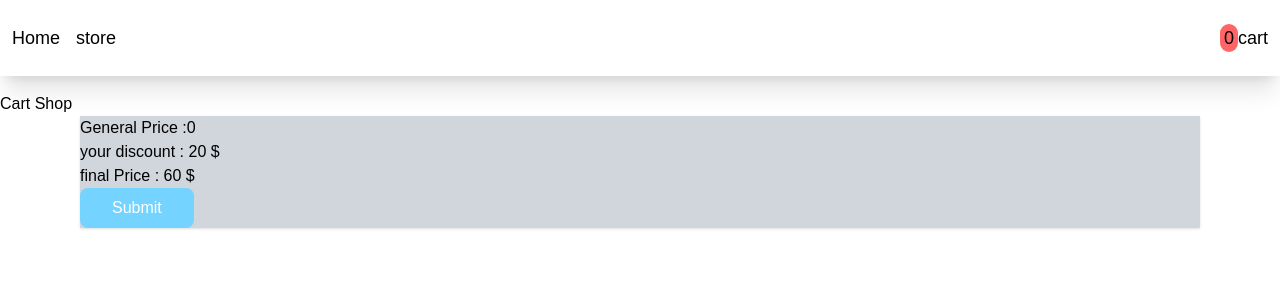
Repository: Rohullah-Noori/Nextjs-online-shop
Page: /cart
An editor plug-in stored every save of this project. The page is shown before and after the next save, followed by the edit.
The browser window is 1280 px wide. The pictures show the whole page.
The project was rebuilt for these pictures with package versions that can differ from the ones it lists, and the page was loaded fresh each time. The framework's server and built-in components were replaced by stand-ins that run in the browser. Requests to the local data server were answered from the project's data file. Also part of the build but not shown: next.config.ts, src/app/components/AddToCart.tsx, src/app/components/CartItem.tsx.

Above is the page before, as saved 2025-05-13 16:23:01.

### src/app/cart/page.tsx
"use client";

import React, { useEffect, useState } from "react";
import Container from "../components/Container";
import CartItem from "../components/CartItem";
import { useShopingContextCustim } from "../context/page";
import axios from "axios";
import { IProductsProps } from "../components/Products";
import { formatNumber } from "@/utils/number";

export default function Cart() {
  const { cart } = useShopingContextCustim();

  const [data, setData] = useState<IProductsProps[]>([]);

  useEffect(() => {
    axios(`http://localhost:3004/products`).then((res) => {
      const { data } = res;
      setData(data);
    });
  }, []);

  console.log(data);

  return (
    <Container>
      <h1>Cart Shop</h1>
      {cart.map((item) => (
        <CartItem key={item.id} {...item} />
      ))}

      <div className="shadow bg-gray-300  gap-y-2 mx-20 ">
        <p>
          General Price :
          <span>
            {formatNumber(
              cart.reduce((total, item) => {
                const selectedproduct = data.find(
                  (product) => product.id == item.id.toString()
                );
                return total + (selectedproduct?.price ?? 0) * item.qty;
              }, 0)
            )}
          </span>
        </p>
        <p>
          your discount : <span>20 $</span>{" "}
        </p>
        <p>
          final Price : <span>60 $</span>
        </p>
        <div className=" flex justify-start gap-x-3">
          <button className=" px-8 py-2 rounded-lg bg-sky-300 text-white">
            Submit
          </button>
          {/* <input
            type="text"
            value={"please enter your discount code"}
            className="w-[300px] bg-sky-50 rounded-lg px-3 text-gray-400"
          /> */}
        </div>
      </div>
    </Container>
  );
}

### src/app/components/Layout.tsx
import React from "react";
import Navbar from "./Navbar";

interface IlayoutProps {
  children: React.ReactNode;
}

export default function Layout({ children }: IlayoutProps) {
  return (
    <div>
      <Navbar />
      {children}
    </div>
  );
}

### src/app/context/page.tsx
"use client";
import React, { createContext, useContext, useState } from "react";

type IshopContextProps = {
  children: React.ReactNode;
};

type cartItems = {
  id: number;
  qty: number;
};

type TshopingContext = {
  cart: cartItems[];
  HandleincreasetoCard: (id: number) => void;
  getProductqty: (id: number) => number;
  totalitemsqty: number;
  handledecreasetoCard: (id: number) => void;
  RemovehandleSubmit: (id: number) => void;
};

const shopingContext = createContext({} as TshopingContext);

export const useShopingContextCustim = () => {
  return useContext(shopingContext);
};

export default function ConextShop({ children }: IshopContextProps) {
  const [cart, setCart] = useState<cartItems[]>([]);

  const getProductqty = (id: number) => {
    return cart.find((item) => item.id == id)?.qty ?? 0;
  };

  const totalitemsqty = cart.reduce((totalgqty, item) => {
    return totalgqty + item.qty;
  }, 0);

  const HandleincreasetoCard = (id: number) => {
    setCart((prev) => {
      const isnotExist = prev.find((item) => item.id === id) == null;
      if (isnotExist) {
        return [...prev, { id: id, qty: 1 }];
      } else {
        return prev.map((item) => {
          if (item.id == id) {
            return { ...item, qty: item.qty + 1 };
          } else {
            return item;
          }
        });
      }
    });
  };

  const handledecreasetoCard = (id: number) => {
    setCart((prev) => {
      const islastOne = prev.find((item) => item.id == id)?.qty == 1;
      if (islastOne) {
        return prev.filter((item) => item.id != id);
      } else {
        return prev.map((item) => {
          if (item.id == id) {
            return {
              ...item,
              qty: item.qty - 1,
            };
          } else {
            return item;
          }
        });
      }
    });
  };

  const RemovehandleSubmit = (id: number) => {
    setCart((prev) => {
      return prev.filter((item) => item.id != id);
    });
  };

  return (
    <shopingContext.Provider
      value={{
        cart,
        HandleincreasetoCard,
        getProductqty,
        totalitemsqty,
        handledecreasetoCard,
        RemovehandleSubmit,
      }}
    >
      {children}
    </shopingContext.Provider>
  );
}

### src/app/components/Container.tsx
import React from "react";
interface IContainerProps {
  children: React.ReactNode;
}

export default function Container({ children }: IContainerProps) {
  return <div className="container mx-auto">{children}</div>;
}

### src/utils/number.tsx
export function formatNumber(num: number) {
  return num.toString().replace(/\B(?=(\d{3})+(?!\d))/g, ",");
}

### src/app/components/Navbar.tsx
"use client";
import Link from "next/link";
import { usePathname } from "next/navigation";

import React from "react";
import Container from "./Container";
import { useShopingContextCustim } from "../context/page";

export default function Navbar() {
  const { totalitemsqty } = useShopingContextCustim();
  const pathname = usePathname();
  const navlinks = [
    {
      title: "Home",
      href: "/",
    },
    {
      title: "store",
      href: "/store",
    },
  ];

  return (
    <nav className="  flex p-3 mb-4 text-lg  shadow-xl  ">
      <Container>
        <div className="flex justify-between my-3 ">
          <div>
            {navlinks.map((item) => (
              <Link
                key={item.href}
                className={`mr-4 ${
                  pathname === item.href ? "text-sky-400" : ""
                }`}
                href={item.href}
              >
                {item.title}
              </Link>
            ))}
          </div>
          <div>
            <span className="bg-red-400 rounded-4xl p-1">{totalitemsqty}</span>
            <Link href="/cart">cart</Link>
          </div>
        </div>
      </Container>
    </nav>
  );
}

### database/db.json
{
  "products": [
    {
      "id": "1",
      "title": " Product 1",
      "price": 30,
      "description": "Kitchen sinks are essential for washing dishes, vegetables, and hands.\nKitchen lamps provide focused lighting for cooking and food preparation.\nCabinets store utensils, cookware, and pantry items in an organized way.\nCountertops offer space for chopping, mixing, and serving meals.\nStoves and ovens are central for cooking a variety of dishes.\nRefrigerators keep food fresh and beverages cold.\nThese materials make the kitchen functional, efficient, and enjoyable to use.",
      "image": "https://m.media-amazon.com/images/I/71r1BLOWnkL._AC_UF894,1000_QL80_.jpg"
    },
    {
      "id": "2",
      "title": " Product 2",
      "price": 10,
      "description": "Household cleaners like glass and ceramic cleaners help keep surfaces shiny and free from stains.\nThey remove dirt, grease, and bacteria, making the home healthier.\nGlass cleaners leave mirrors and windows streak-free and crystal clear.\nCeramic cleaners restore the shine of tiles and prevent mold growth.\nRegular use of these products extends the life of surfaces.\nThey also reduce unpleasant odors and leave a fresh scent.\nUsing the right cleaner makes cleaning faster and more effective.",
      "image": "https://media.istockphoto.com/id/510693044/photo/house-cleaning-product-on-wood-table.jpg?s=612x612&w=0&k=20&c=EZfeRCDgSMPnqG684zQBOqyNfDGx9JWTXS1Q2Lhrjy4="
    },
    {
      "id": "3",
      "title": " Product 3",
      "price": 20,

      "description": "Household cleaning tools like toothbrushes and bathroom brushes help maintain personal and home hygiene.\nToilet brushes are essential for keeping toilets clean and germ-free.\nShampoo is not only for hair but can also be used for gentle surface cleaning.\nCeramic cleaners remove stains and keep tiles shiny and fresh.\nKitchen floor cleaners remove grease and food residue for a safer cooking space.\nYard floor cleaners help",

      "image": "https://t3.ftcdn.net/jpg/01/91/32/34/360_F_191323402_W2ATUPr8dGHALHrvyX4WVlEDz4qXmmd9.jpg"
    },
    {
      "id": "4",
      "title": " Product 4",
      "price": 100,
      "description": "Bedroom essentials like pillows and beds provide comfort and support for restful sleep.\nSoft blankets and bed sheets add warmth and relaxation.\nCurtains help control light and add privacy to your room.\nClosets and drawers keep clothes and accessories organized.\nNightstands are useful for holding lamps, books, or phones.\nCarpets add a cozy feeling and reduce noise in the room.\nThese home materials make the bedroom more comfortable and functional.",
      "image": "https://a-static.besthdwallpaper.com/colorful-cartoon-design-with-open-door-and-household-items-wallpaper-1152x768-102826_36.jpg"
    },
    {
      "id": "5",
      "title": " Product 5",
      "price": 80,
      "description": "Chairs provide comfortable seating and come in various styles for different rooms.\nLamps add both light and ambiance, making spaces feel warm and inviting.\nWall art and paintings bring personality and color to your home.\nShelves and stands help organize books, plants, and decorative items.\nRugs define areas and add texture to floors.\nMirrors enhance light and make rooms appear more spacious.\nDecorations reflect your style and turn a house into a home.",
      "image": "https://plus.unsplash.com/premium_photo-1683133958062-12afa652a4fb?fm=jpg&q=60&w=3000&ixlib=rb-4.0.3&ixid=M3wxMjA3fDB8MHxzZWFyY2h8OXx8aG9tZSUyMGRlY29yfGVufDB8fDB8fHww"
    },
    {
      "id": "6",
      "title": " Product 6",
      "price": 5,
      "description": "Fruits are a natural source of vitamins, minerals, and fiber. They come in a variety of colors, shapes, and flavors. Eating fruits regularly helps boost your immune system. Some common fruits include apples, bananas, oranges, and grapes. Fruits are a delicious and healthy snack for any time of day.Many fruits grow on trees, bushes, or vines depending on the type. Tropical fruits like mangoes and pineapples thrive in warm climates.",

      "image": "https://t3.ftcdn.net/jpg/06/06/15/56/360_F_606155606_rFYHJP0uKgPNdpT3NoDbucxp0h38rlWb.jpg"
    }
  ]
}

Loaded but not shown: src/app/layout.tsx (common file); src/app/globals.css (common file)

After the next save:
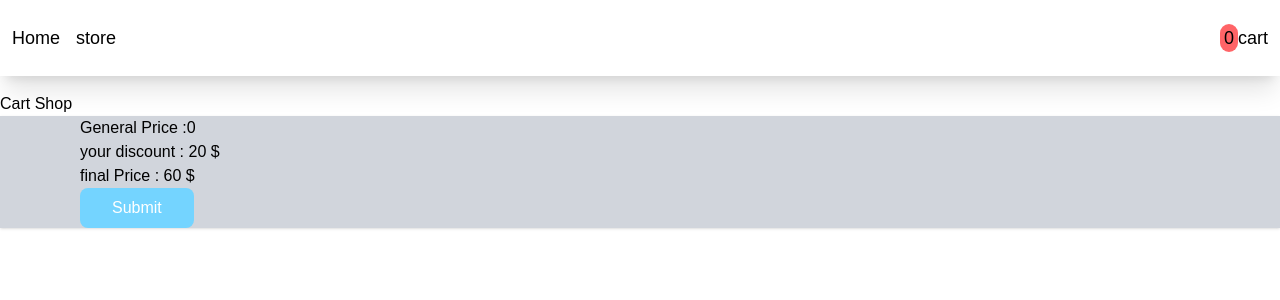
Saved 9 s later.
--- a/src/app/cart/page.tsx
+++ b/src/app/cart/page.tsx
@@ -29,7 +29,7 @@ export default function Cart() {
         <CartItem key={item.id} {...item} />
       ))}
 
-      <div className="shadow bg-gray-300  gap-y-2 mx-20 ">
+      <div className="shadow bg-gray-300  gap-y-2 px-20 ">
         <p>
           General Price :
           <span>
